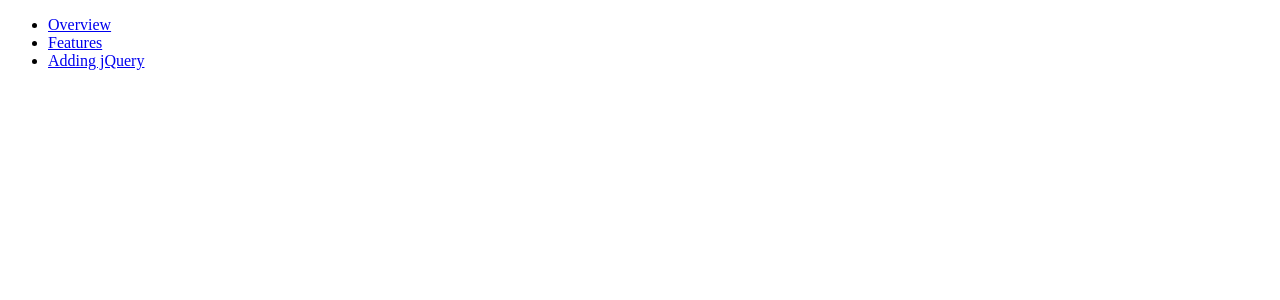
Repository: derekhub/IndiaTrainingProgramProjects
Page: JqueryExamples/WebContent/LoadExample.html
These files come from the project's save history. The page is drawn as it stood at one moment and after the next save; the edit follows.
The browser window is 1280 px wide. The pictures show the whole page.
After loading, the first visible `a` was clicked once.

Above is the page before, as saved 2016-08-17 09:33:19.
Console error: ReferenceError: html is not defined

After the next save:
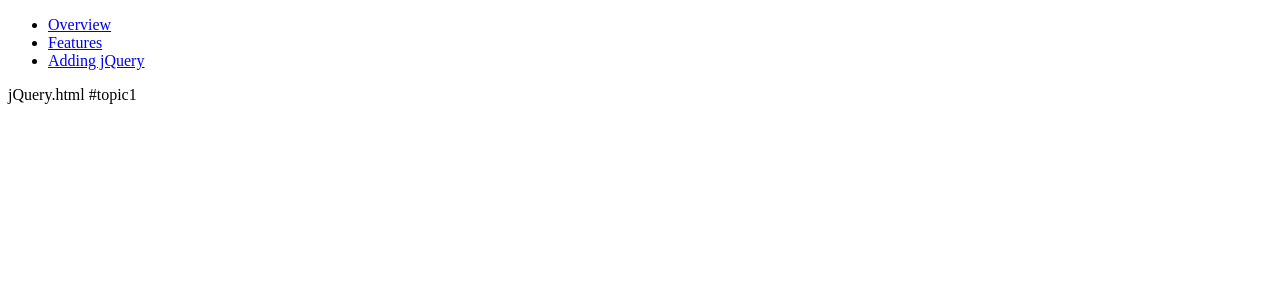
The error is gone.
Saved 11 s later.
--- a/JqueryExamples/WebContent/LoadExample.html
+++ b/JqueryExamples/WebContent/LoadExample.html
@@ -11,7 +11,7 @@ $(function(){
 	$("a").on('click', function(event){
 		event.preventDefault();
 		var content = $(this).data('file');
-		$("#target")/html(content);
+		$("#target").html(content);
 	})
 });
 
